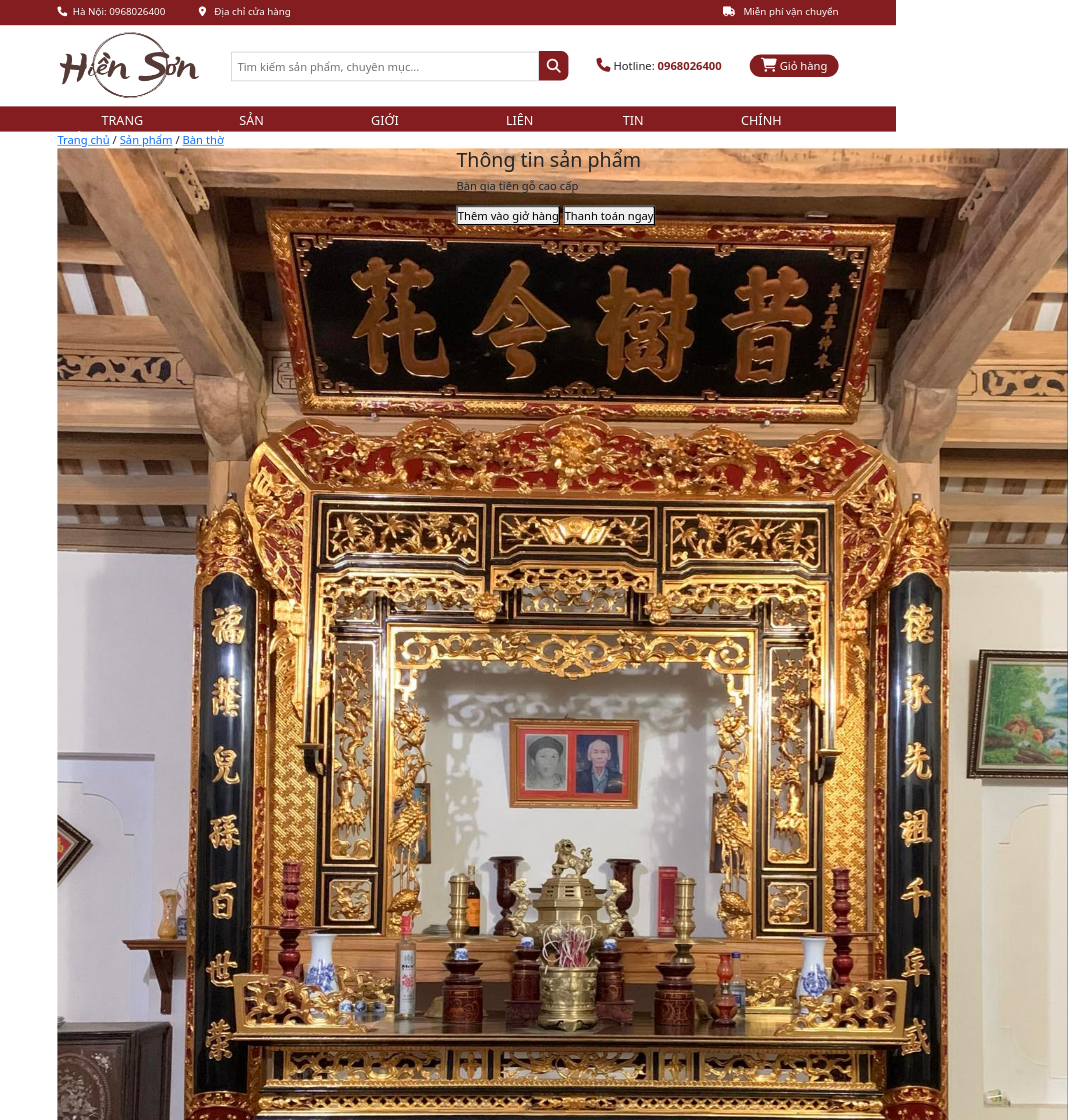
Repository: hoang28092000/do_go_hien_son
Page: product_details/ban_tho-g001.html
These files come from the project's save history. The page is drawn as it stood at one moment and after the next save; the edit follows.
The browser window is 1280 px wide. The page is 1526 px wide, so the pictures cover 1526 px, including what lies to the right of the window. The pictures show the part of the page from y = 0 to 1600 px (the page is 2701 px tall), at 70% of full size.
Some web libraries are served in a nearby version.

Above is the page before, as saved 2024-08-10 19:57:28.

After the next save:
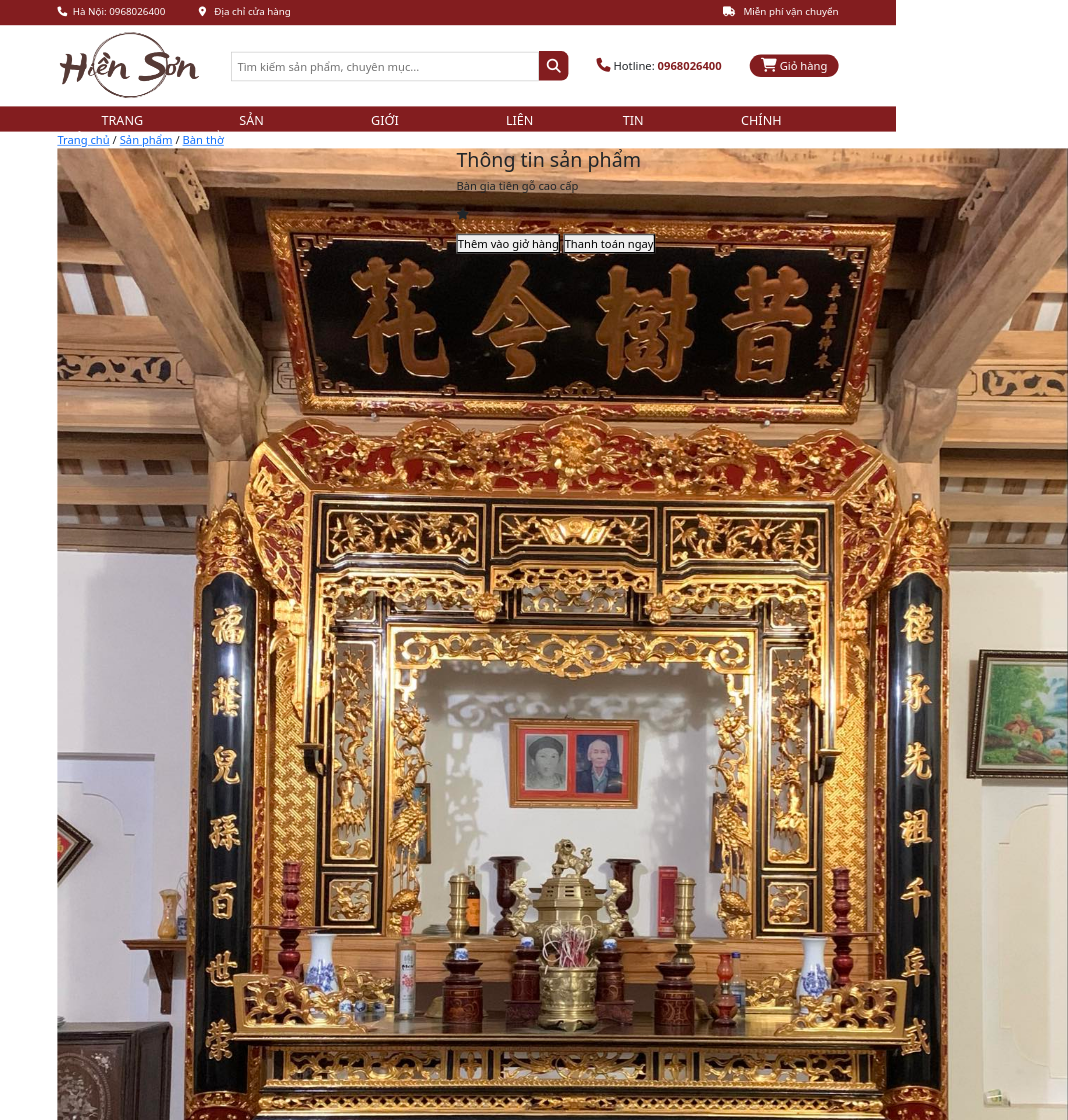
Saved 33 s later.
--- a/product_details/ban_tho-g001.html
+++ b/product_details/ban_tho-g001.html
@@ -91,7 +91,7 @@
                                 Bàn gia tiên gỗ cao cấp
                             </p>
                             <p class="evaluate">
-
+                                <i class="fa-solid fa-star"></i>
                             </p>
                             <p class="price-pd"></p>
                             <div class="pay">
